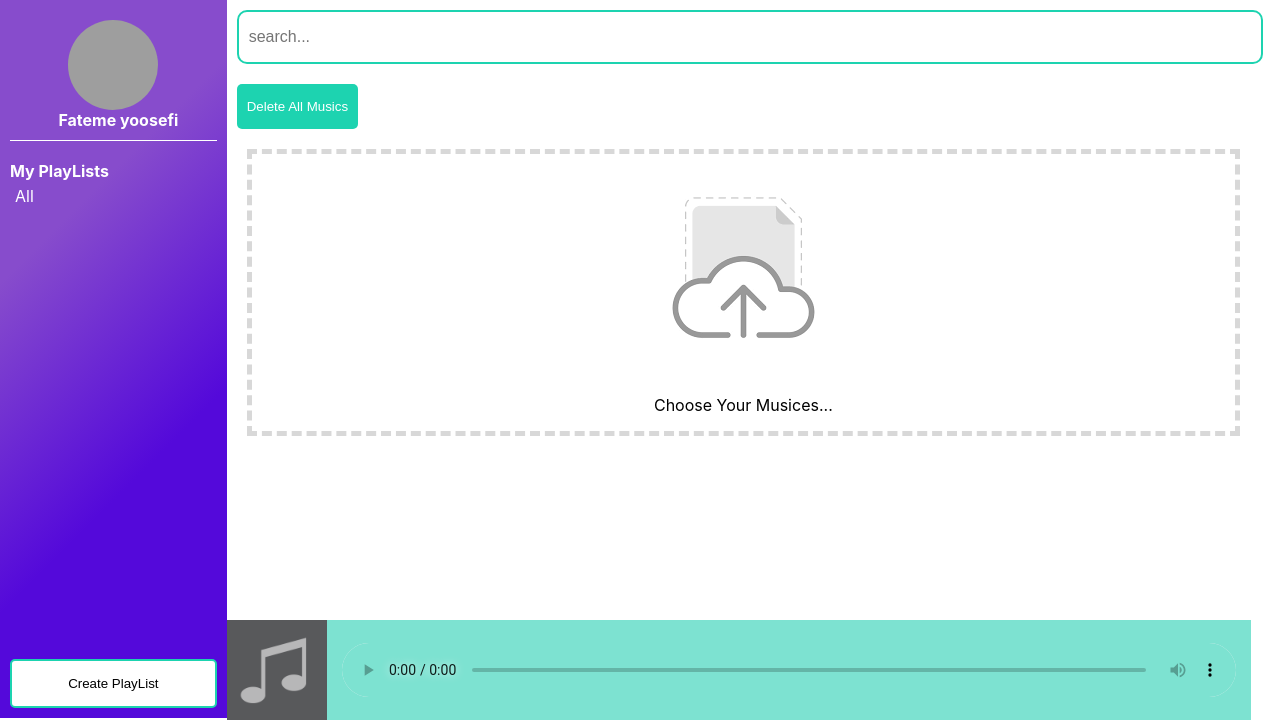
Repository: fateme81yosefi/musicPlayer
Page: /
An editor plug-in stored every save of this project. The page is shown before and after a run of saves, followed by the edit.
The browser window is 1280 px wide. The pictures show the whole page.
Pictures or frames that could not be fetched are drawn as grey boxes. The project was rebuilt for these pictures with package versions that can differ from the ones it lists, and the page was loaded fresh each time.

Above is the page before, as saved 2025-06-28 13:47:39.

### src/App.js
import React from 'react';
import FileUploader from './Data/FileUploader/FileUploader';
import MainPage from './Components/MainPage/MainPage';


const App = () => {



  return (
    <div>
      <MainPage />
    </div>
  );
}

export default App;

### src/Data/FileUploader/FileUploader.js
import React, { useState, useEffect } from 'react';
import { useDropzone } from 'react-dropzone';
import { openDB } from 'idb';
import "./FileUploader.css";

const DB_NAME = 'AudioFilesDB';
const DB_VERSION = 1;
const STORE_NAME = 'audioFiles';

const initDB = async () => {
    const db = await openDB(DB_NAME, DB_VERSION, {
        upgrade(db) {
            if (!db.objectStoreNames.contains(STORE_NAME)) {
                const store = db.createObjectStore(STORE_NAME, { keyPath: 'name' });
                store.createIndex('category', 'category');
                store.createIndex('isFav', 'isFav');
            }
        }
    });
    return db;
};

const getStoredFiles = async (db) => {
    const tx = db.transaction(STORE_NAME, 'readonly');
    const store = tx.objectStore(STORE_NAME);
    return await store.getAll();
};

const storeFile = async (db, file) => {
    const tx = db.transaction(STORE_NAME, 'readwrite');
    const store = tx.objectStore(STORE_NAME);
    await store.put(file);
    await tx.done;
};


const FileUploader = ({ handlePlay, query, selectedCategory }) => {
    const [audioFiles, setAudioFiles] = useState([]);
    const [categories, setCategories] = useState([]);
    const [currentCategory, setCurrentCategory] = useState('All');


    const deleteAllFiles = async () => {
        const db = await initDB();
        const tx = db.transaction(STORE_NAME, 'readwrite');
        const store = tx.objectStore(STORE_NAME);
        await store.clear();
        await tx.done;
        window.location.reload()
    };

    useEffect(() => {
        const storedCategories = JSON.parse(localStorage.getItem('categories'));
        if (storedCategories) {
            setCategories(storedCategories);
        }
    }, []);


    useEffect(() => {
        setCurrentCategory(selectedCategory)
    }, [selectedCategory])


    useEffect(() => {
        if (query !== "") {
            setAudioFiles(audioFiles.filter((item) => item.name.toLowerCase().includes(query.toLowerCase())));
        } else {
            const fetchStoredFiles = async () => {
                const db = await initDB();
                const storedFiles = await getStoredFiles(db);
                setAudioFiles(storedFiles.map(file => ({
                    ...file,
                    data: URL.createObjectURL(new Blob([file.data], { type: file.type }))
                })));
            };

            fetchStoredFiles();
        }
    }, [query]);

    useEffect(() => {
        const fetchStoredFiles = async () => {
            const db = await initDB();
            const storedFiles = await getStoredFiles(db);
            setAudioFiles(storedFiles.map(file => ({
                ...file,
                data: URL.createObjectURL(new Blob([file.data], { type: file.type }))
            })));
        };

        fetchStoredFiles();
    }, []);

    const onDrop = async (acceptedFiles) => {
        const mp3Files = acceptedFiles.filter((file) => file.name.endsWith('.mp3'));

        const db = await initDB();

        for (const file of mp3Files) {
            const fileData = await file.arrayBuffer();
            await storeFile(db, { name: file.name, type: file.type, data: fileData, category: '' });
        }

        const storedFiles = await getStoredFiles(db);
        setAudioFiles(storedFiles.map(file => ({
            ...file,
            data: URL.createObjectURL(new Blob([file.data], { type: file.type }))
        })));
    };

    const handleCategoryChange = async (file, category) => {
        const updatedFile = { ...file, category };

        const db = await initDB();
        await storeFile(db, updatedFile);

        const storedFiles = await getStoredFiles(db);
        setAudioFiles(storedFiles.map(f => ({
            ...f,
            data: URL.createObjectURL(new Blob([f.data], { type: f.type }))
        })));
    };

    const { getRootProps, getInputProps } = useDropzone({ onDrop });

    return (
        <div className='containSingle'>

            <button className='deleteAll' onClick={deleteAllFiles}>Delete All Musics</button>
            {audioFiles
                .filter(file => currentCategory === "All" || file.category === currentCategory)
                .map((file, index) => (
                    <div className='singleSelectedAudio' key={index}>
                        <div className='row'>
                            <div className='containDetails'>
                                <img className='cover' alt="cover" src='/song_cover.png' />
                                <span className='name'>{file.name}</span>
                            </div>
                            <div className='row'>
                                <select
                                    value={file.category}
                                    onChange={(e) => handleCategoryChange(file, e.target.value)}
                                >
                                    <option value="">Select Category</option>
                                    {categories.map((category, index) => (
                                        <option key={index} value={category}>{category}</option>
                                    ))}
                                </select>
                                <button className='btnPlay' onClick={() => handlePlay(file)}>
                                    <img className='play' alt='icon' src='/play-button.svg' />
                                </button>
                            </div>
                        </div>
                        <audio className='selectedAudio' src={file.data} key={index} controls />
                    </div>
                ))}


            <div {...getRootProps()}>
                <input {...getInputProps()} />
                <div className='chooseFile'>
                    <img alt='drag file' src='/images.png' />
                    <p> Choose Your Musices...</p>
                </div>
            </div>
        </div>
    );
};

export default FileUploader;

### src/Components/MainPage/MainPage.js
import React, { useState, useEffect } from 'react';
import Modal from 'react-modal';
import FileUploader from "../../Data/FileUploader/FileUploader";
import "./MainPage.css";

const MainPage = () => {
    const [category, setCategory] = useState('');
    const [categories, setCategories] = useState([]);
    const [currentMusic, setCurrentMusic] = useState({});
    const [showModal, setShowModal] = useState(false);
    const [searchQuery, setSearchQuery] = useState('');
    const [selectedCategory, setSelectedCategory] = useState('');


    useEffect(() => {
        const storedCategories = JSON.parse(localStorage.getItem('categories'));
        if (storedCategories) {
            setCategories(storedCategories);
        }
    }, []);

    const handleAddCategory = () => {
        if (category) {
            const updatedCategories = [...categories, category];
            setCategories(updatedCategories);
            setCategory('');
            localStorage.setItem('categories', JSON.stringify(updatedCategories));
            setShowModal(false)
        }
    };

    const handlePlay = (file) => {
        setCurrentMusic(file);
    };


    return (
        <div className="container">
            <Modal
                isOpen={showModal}
                contentLabel="Create Playlist"
                className="modalCategory"
            >
                <h2>Create Playlist</h2>
                <input
                    type="text"
                    value={category}
                    placeholder='Enter Your Playlist Name'
                    onChange={(e) => setCategory(e.target.value)}
                />
                <button onClick={handleAddCategory}>Confirm</button>
            </Modal>

            <div className="leftMenue">
                <div className="top">
                    <div className="imageProfile">
                        <img src="https://encrypted-tbn0.gstatic.com/images?q=tbn:ANd9GcRXJA32WU4rBpx7maglqeEtt3ot1tPIRWptxA&s" alt="Profile" />
                        <div className="name">Fateme yoosefi</div>
                    </div>
                    <div className="categories">
                        <div className='playlist'>My PlayLists</div>
                        <div className='category' onClick={() => { setSelectedCategory('') }}>All</div>
                        {
                            categories.map((item, index) => <div key={index} className='category' onClick={() => { setSelectedCategory(item) }}>{item}</div>)
                        }
                    </div>
                </div>
                <button className='create' onClick={() => setShowModal(true)}>Create PlayList</button>
            </div>
            <div className="rightPage">
                <input className='inputSearch' placeholder="search..." onChange={(e) => setSearchQuery(e.target.value)}
                />
                <FileUploader handlePlay={handlePlay} query={searchQuery} selectedCategory={selectedCategory} />
                <div className="currentlyPlay">
                    <img src="/song_cover.png" alt="کاور آهنگ" />
                    <div className="containName">
                        <span className="musicName">{currentMusic.name}</span>
                        <audio id="player" src={currentMusic.data} controls ></audio>
                    </div>
                </div>
                <div>
                </div>
            </div>
        </div>
    )
};

export default MainPage;

### src/Data/FileUploader/FileUploader.css
.chooseFile{
    border: 5px dashed rgb(216, 216, 216);
    display: flex;
    flex-direction: column;
    align-items: center;
    justify-content: space-around;
    margin: 10px;
    margin-bottom: 100px;
}
.selectedAudio::-webkit-media-controls-panel{
    background-color: rgb(211, 211, 211);
    border: none;
}
.selectedAudio{
    border-radius: 0;
    background-color:  rgb(211, 211, 211);
    padding: 20px;
    width: 100% !important;
    display: none;
}
.singleSelectedAudio{
    background-color:  rgb(255, 255, 255);
    border-bottom: 1px solid rgb(238, 238, 238);
}
.row{
    display: flex;
    flex-direction: row;
    justify-content: space-between;
}

.cover{
   width: 40px;
   height: 40px;
}
.containDetails{
    display: flex;
    flex-direction: row;
    align-items: center;
    justify-content: center;
}

.containSingle{
    padding: 10px;
}
.name{
    margin-left: 10px;
}
.play{
    width: 30px;
    height:30px;
}
.btnPlay{
    background-color: transparent;
    border: none;
}

.deleteAll{
    background-color: #1dd3b0;
    margin-bottom: 10px;
    padding: 15px 10px;
    border-radius: 5px;
    border: none;
    color: #ffff;

}
select{
    background-color: #1dd3b0;
    padding: 10px;
    border: none;
    color: white;
}

### src/Components/MainPage/MainPage.css
.container {
  display: flex;
  flex-direction: row;
  background-color: #ffffff;
}
.leftMenue {
  background: linear-gradient(
    135deg,
    #874CCC 0%,
    #874CCC 30%,
    #5409DA 65%,
    #5409DA 100%
  );
  width: 20%;
  height: 97vh;
  display: flex;
  flex-direction: column;
  justify-content: space-between;
  padding: 10px;
}
.imageProfile {
  display: flex;
  flex-direction: column;
  align-items: center;
  border-bottom: 1px solid white;
  padding: 10px;
  color: #ffffff;
  font-weight: bold;
  justify-content: space-between;
}

.imageProfile img {
  border-radius: 100%;
  width: 90px;
  height: 90px;
}
.playlist {
  font-size: medium;
  color: #ffffff;
  font-weight: bold;
  margin-top: 20px;
}
.rightPage {
  width: 100%;
  height: 100vh;
  position: relative;
  padding: 0 20px 0 0;
  padding-left: 0;
}
.rightPage input {
  width: 97%;
  height: 40px;
  font-size: medium;
}
.currentlyPlay {
  display: flex;
  flex-direction: row;
  align-items: center;
  background-color: #7de2d1;
  height: 100px;
  bottom: 0;
  position: fixed;
  width: 80%;
}
.currentlyPlay img {
  width: 100px;
  height: 100px;
}
.containName {
  width: 100%;
  padding: 15px;
}
.musicName {
  font-weight: bold;
}
audio {
  width: 100%;
  display: flex;
  flex-direction: column;
  border: none;
}

audio::-webkit-media-controls-panel {
  background-color: #7de2d1;
  border: none;
}
.rightPage {
  overflow: scroll;
}
.modalCategory {
  position: fixed;
  background-color: #7de2d1;
  top: 50%;
  left: 50%;
  transform: translate(-50%, -50%);
  width: 30%;
  display: flex;
  flex-direction: column;
  align-items: center;
  justify-content: center;
  color: white;
}
.modalCategory input {
  padding: 10px;
  margin-bottom: 10px;
  width: 80%;
}
.modalCategory button {
  background-color: #1dd3b0;
  margin-bottom: 10px;
  padding: 15px 10px;
  border-radius: 5px;
  border: none;
  color: #ffff;
}

.category {
  font-size: medium;
  color: #ffffff;
  margin-left: 5px;
  margin: 5px;
}

.inputSearch {
  margin: 10px;
  border: 2px solid #1dd3b0;
  padding: 5px 10px;
  border-radius: 10px;
}

.create {
  border: 2px solid #1dd3b0;
  padding: 15px 10px;
  border-radius: 5px;
  background-color: white;
}
h3,
h4 {
  color: white;
}

Loaded but not shown: public/index.html (common file); src/index.js (common file); src/index.css (common file); src/reportWebVitals.js (common file)

After the next 2 saves:
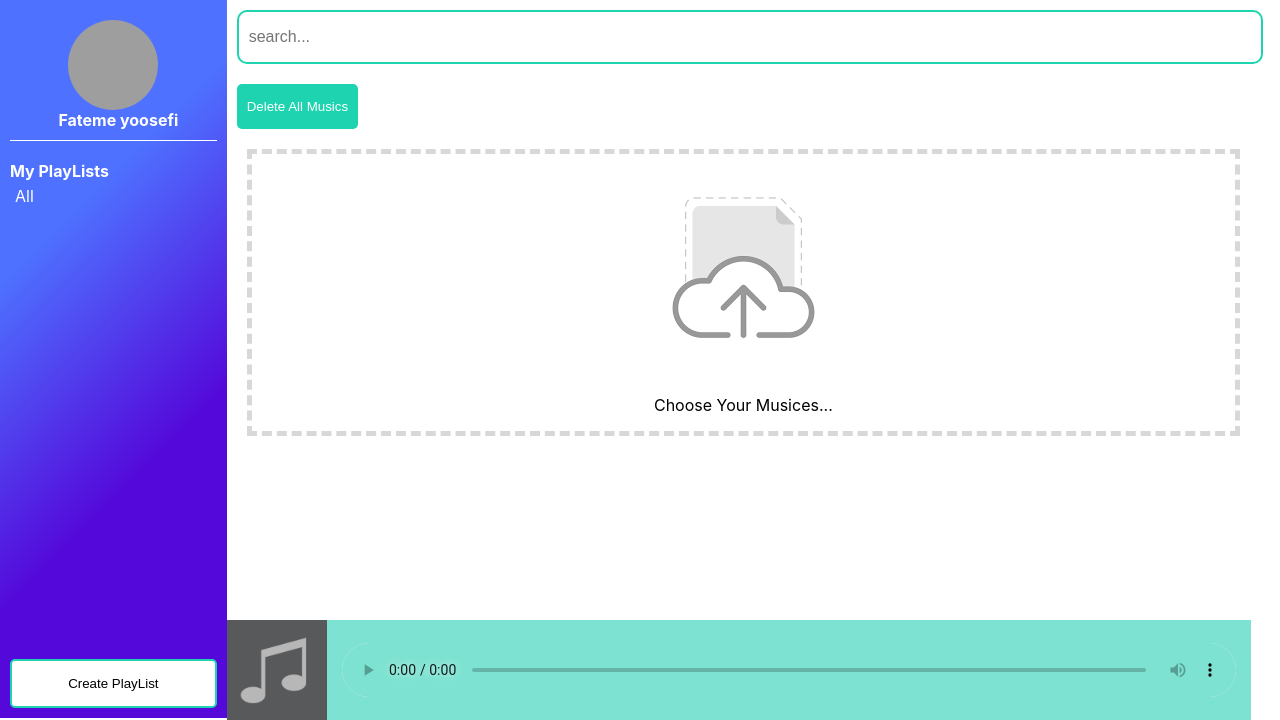
The 2 saves are shown as one change because they came seconds apart.
The last was saved 12 s later.
--- a/src/Components/MainPage/MainPage.css
+++ b/src/Components/MainPage/MainPage.css
@@ -6,8 +6,8 @@
 .leftMenue {
   background: linear-gradient(
     135deg,
-    #874CCC 0%,
-    #874CCC 30%,
+    #4E71FF 0%,
+    #4E71FF 30%,
     #5409DA 65%,
     #5409DA 100%
   );
